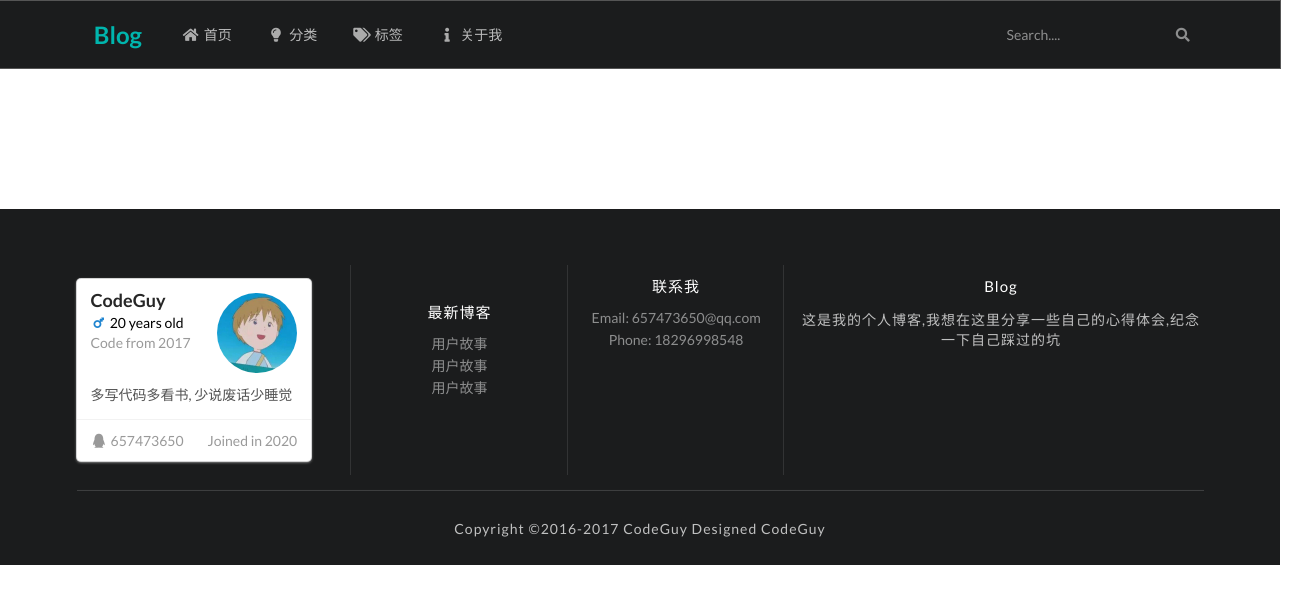
Repository: GOGOHQ/myblog
Page: index.html
The author's editor kept a copy of each file at every save. The page is drawn from the files as they stood at one save, then again after the next save.
The browser window is 1280 px wide. The page is 1294 px wide, so the pictures cover 1294 px, including what lies to the right of the window. The pictures show the whole page.
Some web libraries are served in a nearby version.

Above is the page before, as saved 2020-01-16 18:41:50.

After the next save:
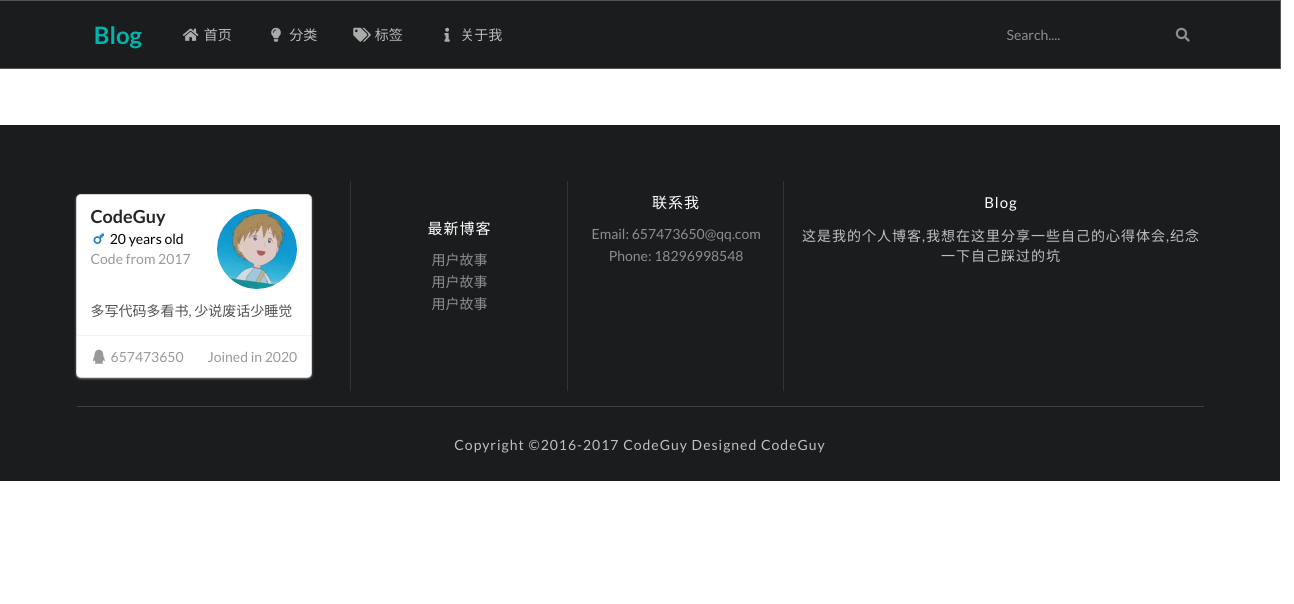
Saved 30 s later.
--- a/index.html
+++ b/index.html
@@ -31,7 +31,7 @@
     </div>
 </nav>
 <!-- 内容 -->
-<div class="m-padded-tb-massive">
+<div class="m-padded-tb-large">
     <div class="ui grid">
         <div class="eleven wide column">
 
